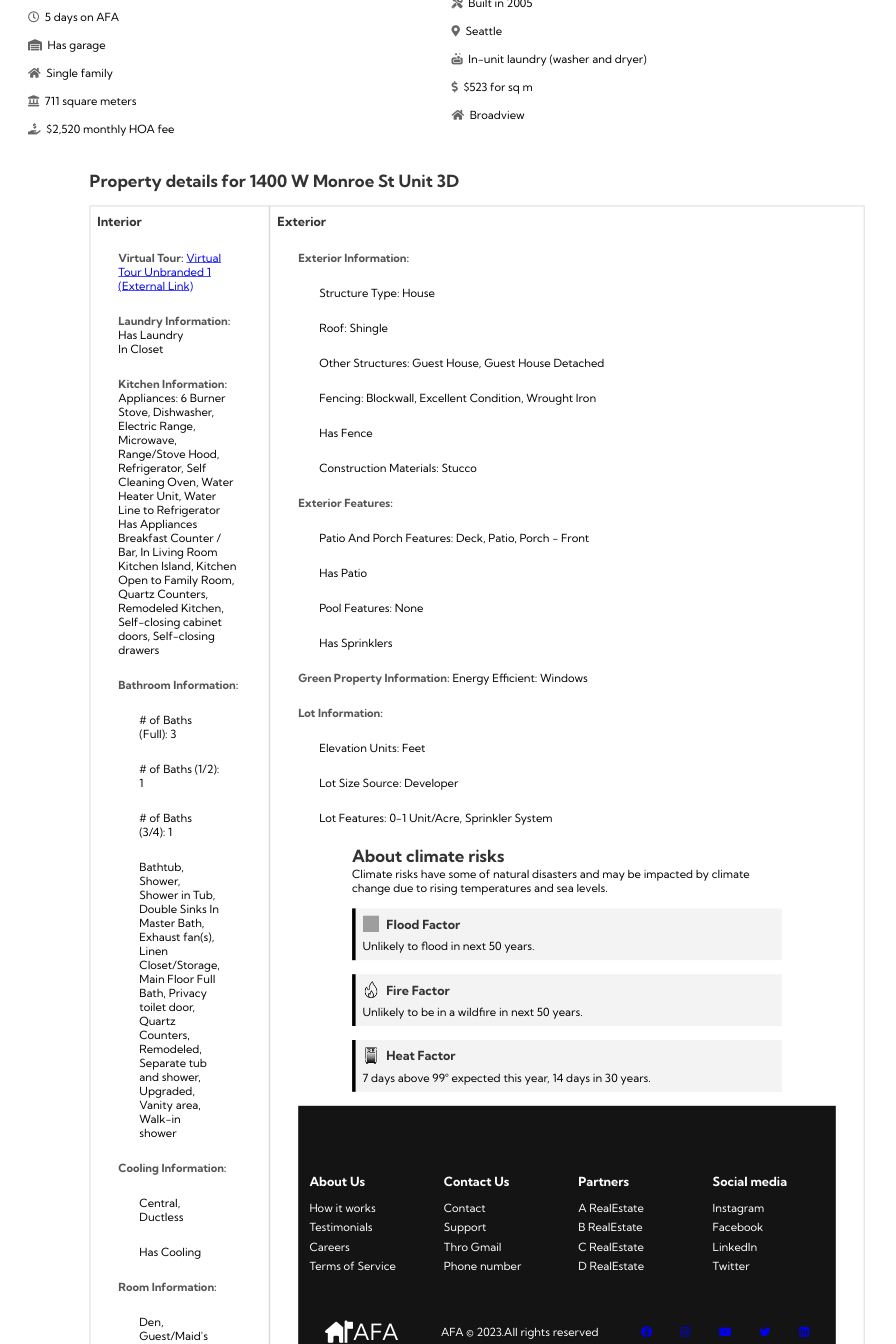
Repository: MrAllin1/ProgWWW_23_Gr1
Page: pages/House2.html
An editor plug-in stored every save of this project. The page is shown before and after the next save, followed by the edit.
The browser window is 1280 px wide. The pictures show the part of the page from y = 924 to 2844 px (the page is 4393 px tall before and 3688 px after), at 70% of full size.
Pictures or frames that could not be fetched are drawn as grey boxes. A picture or video elsewhere on the page could not be fetched, so the positions and the page height are approximate. Some web libraries are served in a nearby version.

Above is the page before, as saved 2024-01-11 10:36:51.

After the next save:
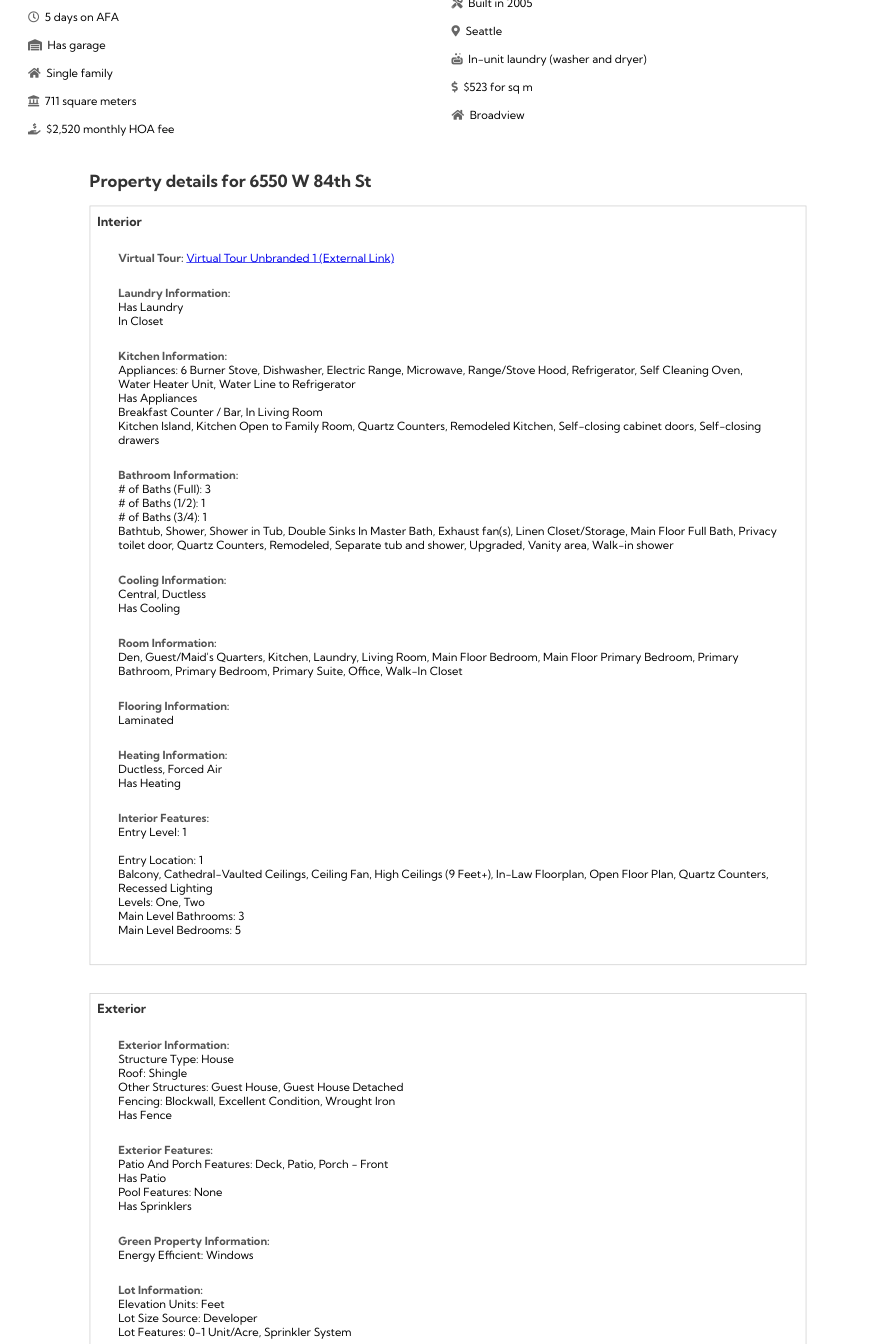
Saved 9 min 45 s later.
--- a/pages/House2.html
+++ b/pages/House2.html
@@ -129,7 +129,7 @@
     </div>
 
     <div class="container">
-        <h1>Property details for 1400 W Monroe St Unit 3D</h1>
+        <h1>Property details for 6550 W 84th St</h1>
 
         <div class="details">
             <div class="section">
@@ -138,75 +138,26 @@
                     <li><strong>Virtual Tour:</strong> <a href="https://tours.tourfactory.com/tours/tour.asp?t=3083424&idx=1"target="_blank" rel="noopener noreferrer">Virtual Tour Unbranded 1 (External Link)</a></li>
                     <li><strong>Laundry Information:</strong><br>Has Laundry</br>In Closet</li>
                     <li><strong>Kitchen Information:</strong><br>Appliances: 6 Burner Stove, Dishwasher, Electric Range, Microwave, Range/Stove Hood, Refrigerator, Self Cleaning Oven, Water Heater Unit, Water Line to Refrigerator<br>Has Appliances<br>Breakfast Counter / Bar, In Living Room<br>Kitchen Island, Kitchen Open to Family Room, Quartz Counters, Remodeled Kitchen, Self-closing cabinet doors, Self-closing drawers</li>
-                    </li>
-                    <li><strong>Bathroom Information:</strong><br>
-                        <ul>
-                            <li># of Baths (Full): 3</li>
-                            <li># of Baths (1/2): 1</li>
-                            <li># of Baths (3/4): 1</li>
-                            <li>Bathtub, Shower, Shower in Tub, Double Sinks In Master Bath, Exhaust fan(s), Linen Closet/Storage, Main Floor Full Bath, Privacy toilet door, Quartz Counters, Remodeled, Separate tub and shower, Upgraded, Vanity area, Walk-in shower</li>
-                        </ul>
-                    </li>
-                    <li><strong>Cooling Information:</strong><br>
-                        <ul>
-                            <li>Central, Ductless</li>
-                            <li>Has Cooling</li>
-                        </ul>
-                    </li>
-                    <li><strong>Room Information:</strong><br>
-                        <ul>
-                            <li>Den, Guest/Maid's Quarters, Kitchen, Laundry, Living Room, Main Floor Bedroom, Main Floor Primary Bedroom, Primary Bathroom, Primary Bedroom, Primary Suite, Office, Walk-In Closet</li>
-                        </ul>
-                    </li>
-                    <li><strong>Flooring Information:</strong> Laminated</li>
-                    <li><strong>Heating Information:</strong><br>
-                        <ul>
-                            <li>Ductless, Forced Air</li>
-                            <li>Has Heating</li>
-                        </ul>
-                    </li>
-                    <li><strong>Interior Features:</strong><br>
-                        <ul>
-                            <li>Entry Level: 1</li>
-                            <li>Entry Location: 1</li>
-                            <li>Balcony, Cathedral-Vaulted Ceilings, Ceiling Fan, High Ceilings (9 Feet+), In-Law Floorplan, Open Floor Plan, Quartz Counters, Recessed Lighting</li>
-                            <li>Levels: One, Two</li>
-                            <li>Main Level Bathrooms: 3</li>
-                            <li>Main Level Bedrooms: 5</li>
-                            <li>Security Features: Carbon Monoxide Detector(s), Smoke Detector</li>
-                            <li>Window Features: Double Pane Windows</li>
-                        </ul>
-                    </li>
+                    <li><strong>Bathroom Information:</strong><br># of Baths (Full): 3<br># of Baths (1/2): 1<br># of Baths (3/4): 1<br>Bathtub, Shower, Shower in Tub, Double Sinks In Master Bath, Exhaust fan(s), Linen Closet/Storage, Main Floor Full Bath, Privacy toilet door, Quartz Counters, Remodeled, Separate tub and shower, Upgraded, Vanity area, Walk-in shower<br>                    </li>
+                    <li><strong>Cooling Information:</strong><br>Central, Ductless<br>Has Cooling                    </li>
+                    <li><strong>Room Information:</strong><br>Den, Guest/Maid's Quarters, Kitchen, Laundry, Living Room, Main Floor Bedroom, Main Floor Primary Bedroom, Primary Bathroom, Primary Bedroom, Primary Suite, Office, Walk-In Closet</li>
+                    <li><strong>Flooring Information:</strong> <br>Laminated</li>
+                    <li><strong>Heating Information:</strong><br>Ductless, Forced Air<br>Has Heating           </li>
+                    <li><strong>Interior Features:</strong><br>Entry Level: 1<br><br>Entry Location: 1<br>Balcony, Cathedral-Vaulted Ceilings, Ceiling Fan, High Ceilings (9 Feet+), In-Law Floorplan, Open Floor Plan, Quartz Counters, Recessed Lighting<br>Levels: One, Two<br>Main Level Bathrooms: 3<br>Main Level Bedrooms: 5</li>
                 </ul>
             </div>
+            </div>
+            <div class="details">
             <div class="section">
                 <h2>Exterior</h2>
                 <ul>
-                    <li><strong>Exterior Information:</strong><br>
-                        <ul>
-                            <li>Structure Type: House</li>
-                            <li>Roof: Shingle</li>
-                            <li>Other Structures: Guest House, Guest House Detached</li>
-                            <li>Fencing: Blockwall, Excellent Condition, Wrought Iron</li>
-                            <li>Has Fence</li>
-                            <li>Construction Materials: Stucco</li>
-                        </ul>
-                    </li>
-                    <li><strong>Exterior Features:</strong><br>
-                        <ul>
-                            <li>Patio And Porch Features: Deck, Patio, Porch - Front</li>
-                            <li>Has Patio</li>
-                            <li>Pool Features: None</li>
-                            <li>Has Sprinklers</li>
-                        </ul>
-                    </li>
-                    <li><strong>Green Property Information:</strong> Energy Efficient: Windows</li>
-                    <li><strong>Lot Information:</strong><br>
-                        <ul>
-                            <li>Elevation Units: Feet</li>
-                            <li>Lot Size Source: Developer</li>
-                            <li>Lot Features: 0-1 Unit/Acre, Sprinkler System</li>
-
+                    <li><strong>Exterior Information:</strong><br>Structure Type: House<br>Roof: Shingle<br>Other Structures: Guest House, Guest House Detached<br>Fencing: Blockwall, Excellent Condition, Wrought Iron<br>Has Fence</li>
+                    <li><strong>Exterior Features:</strong><br>Patio And Porch Features: Deck, Patio, Porch - Front<br>Has Patio<br>Pool Features: None<br>Has Sprinklers</li>
+                    <li><strong>Green Property Information:</strong> <br>Energy Efficient: Windows</li>
+                    <li><strong>Lot Information:</strong><br>Elevation Units: Feet<br>Lot Size Source: Developer<br>Lot Features: 0-1 Unit/Acre, Sprinkler System</li>
+                </ul>
+            </div>
+            </div>
       <div class="container">
         <h1>About climate risks</h1>
         <p>Climate risks have some of natural disasters and may be impacted by climate change due to rising temperatures and sea levels.</p>
